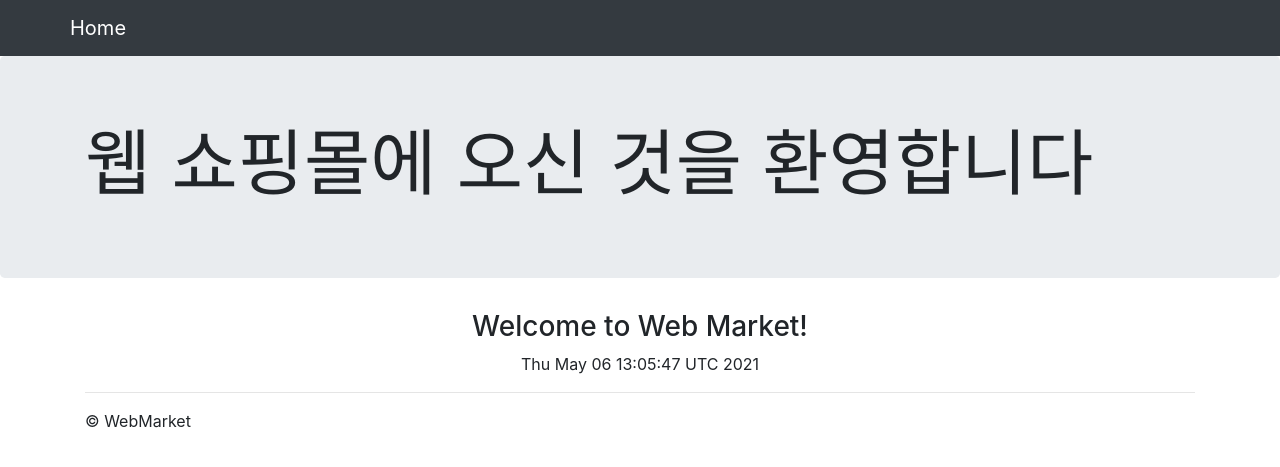
Repository: CheolHo-0428/JSP-Web-Programming
Page: http://localhost/WebMarket/welcome.jsp
These files come from the project's save history. The page is drawn as it stood at one moment and after the next save; the edit follows.
The browser window is 1280 px wide. The pictures show the whole page.
The page is served by Tomcat 9.

Above is the page before, as saved 2021-05-08 06:48:13.

After the next save:
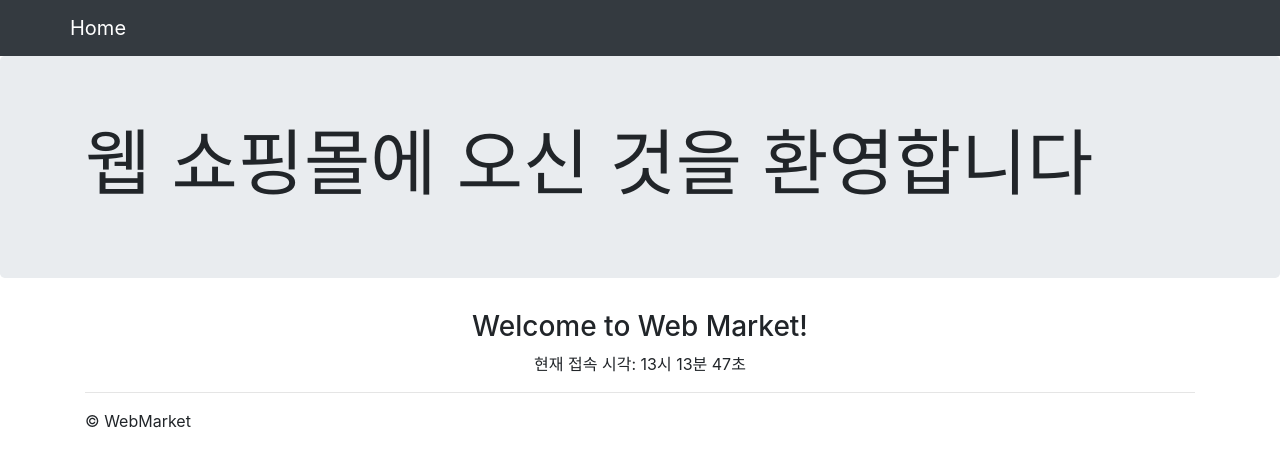
Saved 6 min 58 s later.
--- a/WebMarket/src/main/webapp/welcome.jsp
+++ b/WebMarket/src/main/webapp/welcome.jsp
@@ -34,7 +34,20 @@
 			<h3><%= tagline %></h3>
 			<p>
 				<%
-					out.println(new Date());
+					Date day = new Date();
+					String am_pm;
+					int hour = day.getHours();
+					int minute = day.getHours();
+					int second = day.getSeconds();
+					if(hour == 12){
+						am_pm = "AM";
+					} else {
+						am_pm = "PM";
+					}
+
+					String CT = hour + "시 " + minute + "분 " + second + "초";
+
+					out.println("현재 접속 시각: " + CT +"\n");
 				%>
 			</p>
 		</div>
